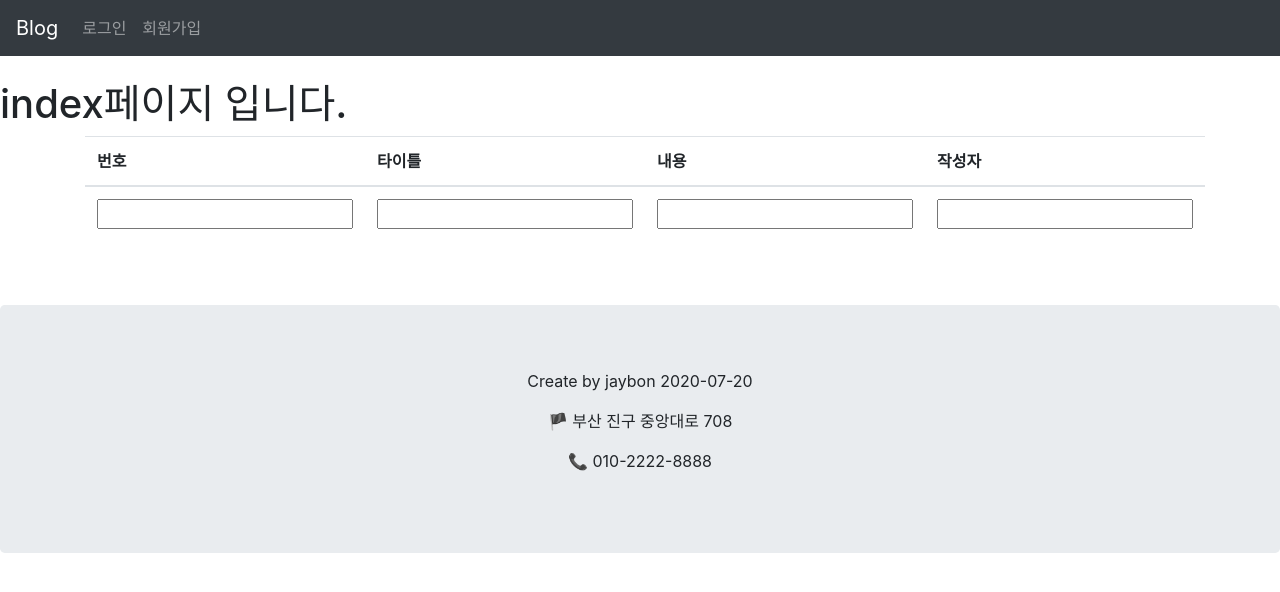
Repository: jaybon1/springwork
Page: http://localhost/blog/WEB-INF/views/post/detail.jsp
The author's editor kept a copy of each file at every save. The page is drawn from the files as they stood at one save, then again after the next save.
The browser window is 1280 px wide. The pictures show the whole page.
The page is served by Tomcat 9. Nobody is signed in. Other server files are loaded and not shown. The template is opened directly, without the code that normally fills it, so the values that code supplies are empty.

Above is the page before, as saved 2020-07-27 02:31:35.

### blog/src/main/webapp/WEB-INF/views/post/detail.jsp
<%@ page language="java" contentType="text/html; charset=UTF-8"
    pageEncoding="UTF-8"%>

<%@include file="../layout/header.jsp" %>

<h1>index페이지 입니다.</h1>

<div class="container">
  <table class="table table-hover">
    <thead>
      <tr>
        <th>번호</th>
        <th>타이틀</th>
        <th>내용</th>
        <th>작성자</th>
      </tr>
    </thead>
    <tbody>
	      <tr>
	      	<td><input type="text" value="${postDetailRespDto.id}" readonly="readonly"></td>
	      	<td><input type="text" value="${postDetailRespDto.title}" readonly="readonly"></td>
	      	<td><input type="text" value="${postDetailRespDto.content}" readonly="readonly"></td>
	      	<td><input type="text" value="${postDetailRespDto.username}" readonly="readonly"></td>
	      </tr>
    </tbody>
  </table>
</div>

<%@include file="../layout/footer.jsp" %>

### blog/src/main/webapp/WEB-INF/views/layout/header.jsp
<%@ page language="java" contentType="text/html; charset=UTF-8"
	pageEncoding="UTF-8"%>

<%@ taglib prefix="c" uri="http://java.sun.com/jsp/jstl/core"%>
<%@ taglib prefix="fmt" uri="http://java.sun.com/jsp/jstl/fmt" %>

<!DOCTYPE html>
<html lang="en">
<head>
<title>blog</title>
<meta charset="utf-8">
<meta name="viewport" content="width=device-width, initial-scale=1">
<link rel="stylesheet"
	href="https://maxcdn.bootstrapcdn.com/bootstrap/4.5.0/css/bootstrap.min.css">
<link rel="stylesheet"
	href="https://cdnjs.cloudflare.com/ajax/libs/font-awesome/4.7.0/css/font-awesome.min.css">
<script
	src="https://ajax.googleapis.com/ajax/libs/jquery/3.5.1/jquery.min.js"></script>
<script
	src="https://cdnjs.cloudflare.com/ajax/libs/popper.js/1.16.0/umd/popper.min.js"></script>
<script
	src="https://maxcdn.bootstrapcdn.com/bootstrap/4.5.0/js/bootstrap.min.js"></script>

</head>
<body>
	<nav class="navbar navbar-expand-md bg-dark navbar-dark">
		<a class="navbar-brand" href="/">Blog</a>
		<button class="navbar-toggler" type="button" data-toggle="collapse"
			data-target="#collapsibleNavbar">
			<span class="navbar-toggler-icon"></span>
		</button>

		<div class="justify-content-between collapse navbar-collapse"
			id="collapsibleNavbar">
			<ul class="navbar-nav">

				<c:choose>
					<c:when test="${empty sessionScope.principal}">

						<li class="nav-item"><a class="nav-link"
							href="/auth/loginForm">로그인</a></li>
						<li class="nav-item"><a class="nav-link"
							href="/auth/joinForm">회원가입</a></li>

					</c:when>
					<c:otherwise>

						<li class="nav-item"><a class="nav-link"
							href="/post/saveForm">글쓰기</a></li>
						<li class="nav-item"><a class="nav-link"
							href="/user/updateForm">회원수정</a></li>
						<li class="nav-item"><a class="nav-link" href="/auth/logout">로그아웃</a></li>

					</c:otherwise>
				</c:choose>



			</ul>

		</div>
	</nav>
	<br>

### blog/src/main/webapp/WEB-INF/views/layout/footer.jsp
<%@ page language="java" contentType="text/html; charset=UTF-8"
	pageEncoding="UTF-8"%>
<br />
<br />
<div class="jumbotron text-center" style="margin-bottom: 0">
	<p>Create by jaybon 2020-07-20</p>
	<p>🏴 부산 진구 중앙대로 708</p>
	<p>📞 010-2222-8888</p>
</div>
</body>
</html>

After the next save:
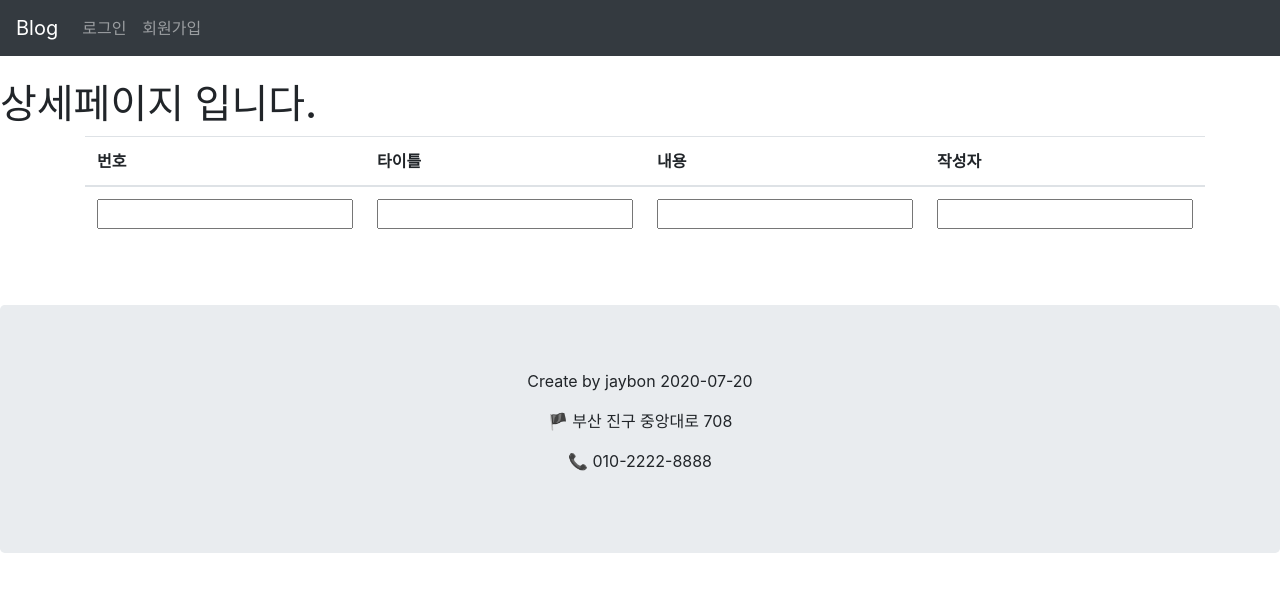
Saved 3 min 34 s later.
--- a/blog/src/main/webapp/WEB-INF/views/post/detail.jsp
+++ b/blog/src/main/webapp/WEB-INF/views/post/detail.jsp
@@ -3,7 +3,7 @@
 
 <%@include file="../layout/header.jsp" %>
 
-<h1>index페이지 입니다.</h1>
+<h1>상세페이지 입니다.</h1>
 
 <div class="container">
   <table class="table table-hover">
